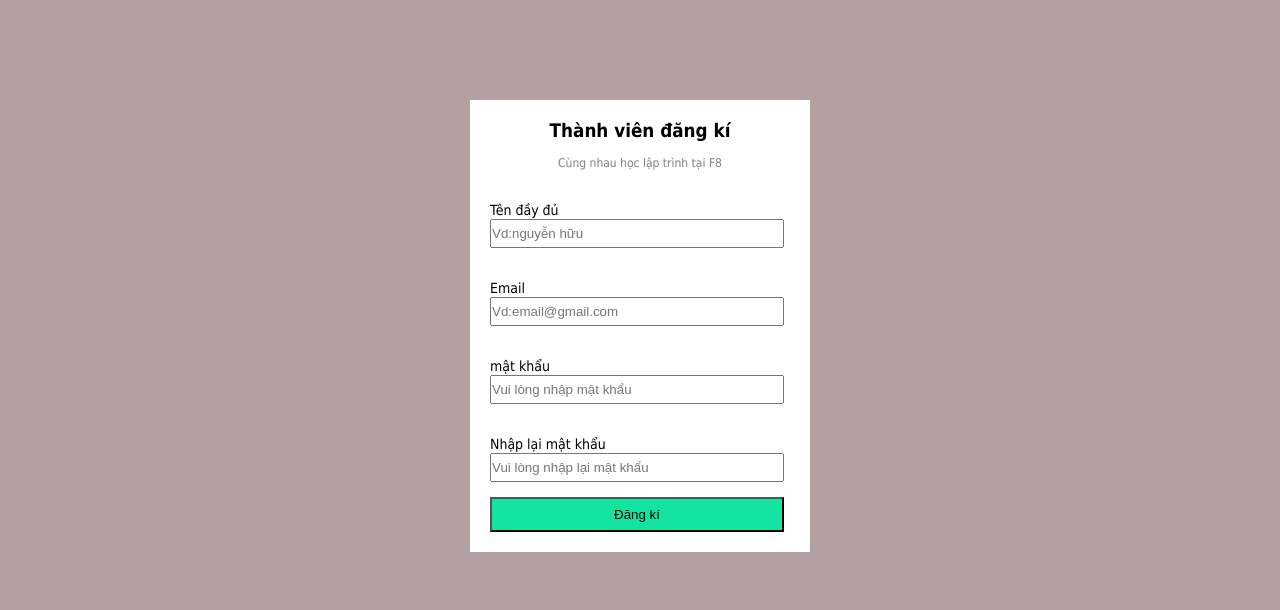
Repository: HuunvDev/Validator
Page: index.html
These files come from the project's save history. The page is drawn as it stood at one moment and after the next save; the edit follows.
The browser window is 1280 px wide. The pictures show the whole page.

Above is the page before, as saved 2022-08-20 09:30:46.

### index.html
<!DOCTYPE html>
<html lang="en">
<head>
    <meta charset="UTF-8">
    <meta http-equiv="X-UA-Compatible" content="IE=edge">
    <meta name="viewport" content="width=device-width, initial-scale=1.0">
    <title>validator</title>
    <link rel="stylesheet" href="style.css">
</head>
<body>
    <div class="main">
        <form action="" method="POST" class="form" id="form-1">
            <h3 class="heading">Thành viên đăng kí</h3>
            <p class="desc">Cùng nhau học lập trình tại F8</p>
            <div class="pacer"></div>
            <div class="form-group">
                <label for="fullName" class="form-lable">Tên đầy đủ</label><br>
                <input type="text" id="fullName" name="fullName" placeholder="Vd:nguyễn hữu"><br>
                <span class="form-message"></span>
            </div>
            <div class="form-group">
                <label for="email" class="form-lable">Email</label><br>
                <input type="text" id="email" name="email" placeholder="Vd:email@gmail.com"><br>
                <span class="form-message"></span>
            </div>
            <div class="form-group">
                <label for="password" class="form-lable">mật khẩu</label><br>
                <input type="text" id="password" name="password" placeholder="Vui lòng nhập mật khẩu"><br>
                <span class="form-message"></span>
            </div>
            <div class="form-group">
                <label for="password_confirmation" class="form-lable">Nhập lại mật khẩu</label><br>
                <input type="text" id="password_confirmation" name="password_confirmation" placeholder="Vui lòng nhập lại mật khẩu"><br>
                <span class="form-message"></span>
            </div>
           <button class="form-submit">Đăng kí</button>
        </form>
    </div>
    <script src="main.js"></script>
</body>
</html>

### style.css

*{
    margin:0;
    padding:0;
    overflow: hidden;
}
body{
    background-color:rgb(180, 160, 160);
}
.main {
    width: 300px;
    box-shadow: 0 0 0 rgb(0 0 0 / 10%);
    margin: auto;
    margin-top: 100px;
    padding: 20px;
    background-color: #fff;
    font-family: tahoma;
}
h3.heading {
    text-align: center;
}
p.desc {
    text-align: center;
    font-size: 12px;
    color: grey;
    padding: 15px 0;
}
.form-group {
    padding: 15px 0;
}

label.form-lable {
    font-size: 14px;
}
input {
    width: 290px;
    height: 25px;
}
button{
    padding:8px 0;
    width:294px;
    background-color: rgb(19 229 161);
}

### main.js
var fullName = document.getElementById('fullName');
var message = document.getElementsByClassName("form-message");
fullName.onblur = function(){
    if(!fullName.value){
        message.innerText ="Vui lòng nhập trường này";
    }
}

After the next save:
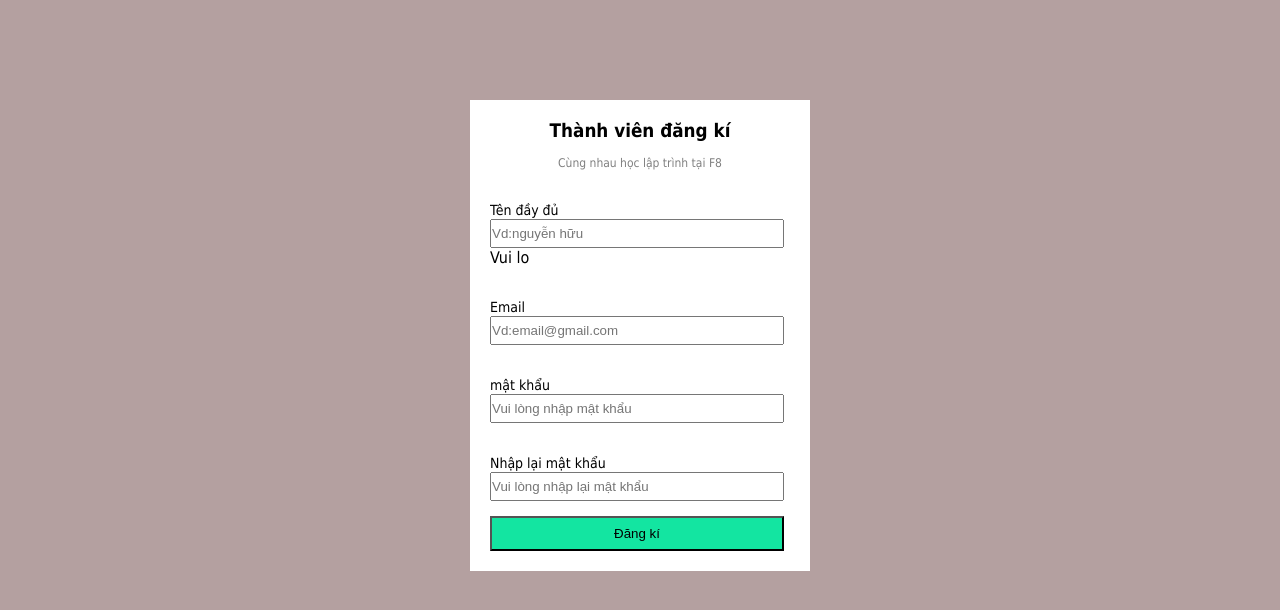
Saved 17 s later.
--- a/index.html
+++ b/index.html
@@ -16,7 +16,7 @@
             <div class="form-group">
                 <label for="fullName" class="form-lable">Tên đầy đủ</label><br>
                 <input type="text" id="fullName" name="fullName" placeholder="Vd:nguyễn hữu"><br>
-                <span class="form-message"></span>
+                <span class="form-message">Vui lo</span>
             </div>
             <div class="form-group">
                 <label for="email" class="form-lable">Email</label><br>
